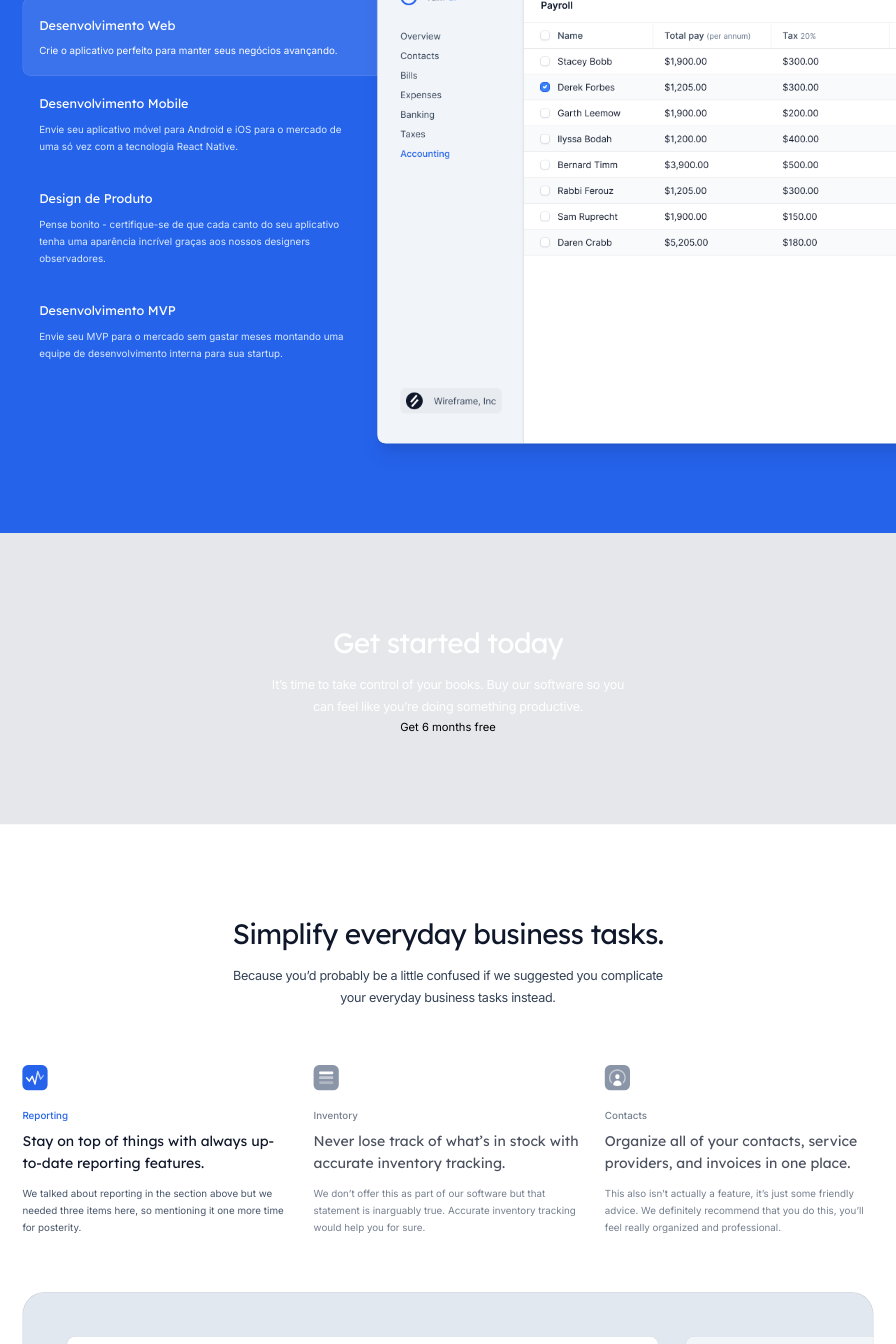
Repository: LuisSempre/imaginative
Page: /
These files come from the project's save history. The page is drawn as it stood at one moment and after the next save; the edit follows.
The browser window is 1280 px wide. The pictures show the part of the page from y = 2302 to 4222 px (the page is 10334 px tall), at 70% of full size.
The project was rebuilt for these pictures with package versions that can differ from the ones it lists, and the page was loaded fresh each time. The framework's server and built-in components were replaced by stand-ins that run in the browser. Also part of the build but not shown: next.config.js.

Above is the page before, as saved 2022-07-15 10:48:51.

### src/pages/index.jsx
import Head from 'next/head'

import { CallToAction } from '@/components/CallToAction'
import { Faqs } from '@/components/Faqs'
import { Footer } from '@/components/Footer'
import { Header } from '@/components/Header'
import { Hero } from '@/components/Hero'
import { Contact } from '@/components/Contact'
import { PrimaryFeatures } from '@/components/PrimaryFeatures'
import { SecondaryFeatures } from '@/components/SecondaryFeatures'
import { Testimonials } from '@/components/Testimonials'
import { Tecnology } from '@/components/Tecnology'

export default function Home() {
  return (
    <>
      <Head>
        <title>TaxPal - Accounting made simple for small businesses</title>
        <meta
          name="description"
          content="Most bookkeeping software is accurate, but hard to use. We make the opposite trade-off, and hope you don’t get audited."
        />
      </Head>
      <Header />
      <main>
        <Hero />
        <PrimaryFeatures />
        <Tecnology />
        <SecondaryFeatures />
        <CallToAction />
        <Testimonials />
        <Contact />
        <Faqs />
      </main>
      <Footer />
    </>
  )
}

### src/components/CallToAction.jsx
import Image from 'next/future/image'

import { Button } from '@/components/Button'
import { Container } from '@/components/Container'
import backgroundImage from '@/images/background-call-to-action.jpg'

export function CallToAction() {
  return (
    <section
      id="get-started-today"
      className="relative overflow-hidden bg-blue-600 py-32"
    >
      <Image
        className="absolute top-1/2 left-1/2 max-w-none -translate-x-1/2 -translate-y-1/2"
        src={backgroundImage}
        alt=""
        width={2347}
        height={1244}
        unoptimized
      />
      <Container className="relative">
        <div className="mx-auto max-w-lg text-center">
          <h2 className="font-display text-3xl tracking-tight text-white sm:text-4xl">
            Get started today
          </h2>
          <p className="mt-4 text-lg tracking-tight text-white">
            It’s time to take control of your books. Buy our software so you can
            feel like you’re doing something productive.
          </p>
          <Button href="/register" color="white" className="mt-10">
            Get 6 months free
          </Button>
        </div>
      </Container>
    </section>
  )
}

### src/components/Faqs.jsx
import Image from 'next/future/image'

import { Container } from '@/components/Container'
import backgroundImage from '@/images/background-faqs.jpg'

const faqs = [
  [
    {
      question: 'Does TaxPal handle VAT?',
      answer:
        'Well no, but if you move your company offshore you can probably ignore it.',
    },
    {
      question: 'Can I pay for my subscription via purchase order?',
      answer: 'Absolutely, we are happy to take your money in all forms.',
    },
    {
      question: 'How do I apply for a job at TaxPal?',
      answer:
        'We only hire our customers, so subscribe for a minimum of 6 months and then let’s talk.',
    },
  ],
  [
    {
      question: 'What was that testimonial about tax fraud all about?',
      answer:
        'TaxPal is just a software application, ultimately your books are your responsibility.',
    },
    {
      question:
        'TaxPal sounds horrible but why do I still feel compelled to purchase?',
      answer:
        'This is the power of excellent visual design. You just can’t resist it, no matter how poorly it actually functions.',
    },
    {
      question:
        'I found other companies called TaxPal, are you sure you can use this name?',
      answer:
        'Honestly not sure at all. We haven’t actually incorporated or anything, we just thought it sounded cool and made this website.',
    },
  ],
  [
    {
      question: 'How do you generate reports?',
      answer:
        'You just tell us what data you need a report for, and we get our kids to create beautiful charts for you using only the finest crayons.',
    },
    {
      question: 'Can we expect more inventory features?',
      answer: 'In life it’s really better to never expect anything at all.',
    },
    {
      question: 'I lost my password, how do I get into my account?',
      answer:
        'Send us an email and we will send you a copy of our latest password spreadsheet so you can find your information.',
    },
  ],
]

export function Faqs() {
  return (
    <section
      id="faq"
      aria-labelledby="faq-title"
      className="relative overflow-hidden bg-slate-50 py-20 sm:py-32"
    >
      <Image
        className="absolute top-0 left-1/2 max-w-none translate-x-[-30%] -translate-y-1/4"
        src={backgroundImage}
        alt=""
        width={1558}
        height={946}
        unoptimized
      />
      <Container className="relative">
        <div className="mx-auto max-w-2xl lg:mx-0">
          <h2
            id="faq-title"
            className="font-display text-3xl tracking-tight text-slate-900 sm:text-4xl"
          >
            Frequently asked questions
          </h2>
          <p className="mt-4 text-lg tracking-tight text-slate-700">
            If you can’t find what you’re looking for, email our support team
            and if you’re lucky someone will get back to you.
          </p>
        </div>
        <ul
          role="list"
          className="mx-auto mt-16 grid max-w-2xl grid-cols-1 gap-8 lg:max-w-none lg:grid-cols-3"
        >
          {faqs.map((column, columnIndex) => (
            <li key={columnIndex}>
              <ul role="list" className="flex flex-col gap-y-8">
                {column.map((faq, faqIndex) => (
                  <li key={faqIndex}>
                    <h3 className="font-display text-lg leading-7 text-slate-900">
                      {faq.question}
                    </h3>
                    <p className="mt-4 text-sm text-slate-700">{faq.answer}</p>
                  </li>
                ))}
              </ul>
            </li>
          ))}
        </ul>
      </Container>
    </section>
  )
}

### src/components/Footer.jsx
import Link from 'next/link'

import { Container } from '@/components/Container'
import { Logo } from '@/components/Logo'
import { NavLink } from '@/components/NavLink'

export function Footer() {
  return (
    <footer className="bg-slate-50">
      <Container>
        <div className="py-16">
          <Logo className="mx-auto h-10 w-auto" />
          <nav className="mt-10 text-sm" aria-label="quick links">
            <div className="-my-1 flex justify-center gap-x-6">
              <NavLink href="#features">Features</NavLink>
              <NavLink href="#testimonials">Testimonials</NavLink>
              <NavLink href="#pricing">Pricing</NavLink>
            </div>
          </nav>
        </div>
        <div className="flex flex-col items-center border-t border-slate-400/10 py-10 sm:flex-row-reverse sm:justify-between">
          <div className="flex gap-x-6">
            <Link
              href="https://twitter.com"
              className="group"
              aria-label="TaxPal on Twitter"
            >
              <svg
                aria-hidden="true"
                className="h-6 w-6 fill-slate-500 group-hover:fill-slate-700"
              >
                <path d="M8.29 20.251c7.547 0 11.675-6.253 11.675-11.675 0-.178 0-.355-.012-.53A8.348 8.348 0 0 0 22 5.92a8.19 8.19 0 0 1-2.357.646 4.118 4.118 0 0 0 1.804-2.27 8.224 8.224 0 0 1-2.605.996 4.107 4.107 0 0 0-6.993 3.743 11.65 11.65 0 0 1-8.457-4.287 4.106 4.106 0 0 0 1.27 5.477A4.073 4.073 0 0 1 2.8 9.713v.052a4.105 4.105 0 0 0 3.292 4.022 4.093 4.093 0 0 1-1.853.07 4.108 4.108 0 0 0 3.834 2.85A8.233 8.233 0 0 1 2 18.407a11.615 11.615 0 0 0 6.29 1.84" />
              </svg>
            </Link>
            <Link
              href="https://github.com"
              className="group"
              aria-label="TaxPal on GitHub"
            >
              <svg
                aria-hidden="true"
                className="h-6 w-6 fill-slate-500 group-hover:fill-slate-700"
              >
                <path d="M12 2C6.477 2 2 6.484 2 12.017c0 4.425 2.865 8.18 6.839 9.504.5.092.682-.217.682-.483 0-.237-.008-.868-.013-1.703-2.782.605-3.369-1.343-3.369-1.343-.454-1.158-1.11-1.466-1.11-1.466-.908-.62.069-.608.069-.608 1.003.07 1.531 1.032 1.531 1.032.892 1.53 2.341 1.088 2.91.832.092-.647.35-1.088.636-1.338-2.22-.253-4.555-1.113-4.555-4.951 0-1.093.39-1.988 1.029-2.688-.103-.253-.446-1.272.098-2.65 0 0 .84-.27 2.75 1.026A9.564 9.564 0 0 1 12 6.844a9.59 9.59 0 0 1 2.504.337c1.909-1.296 2.747-1.027 2.747-1.027.546 1.379.202 2.398.1 2.651.64.7 1.028 1.595 1.028 2.688 0 3.848-2.339 4.695-4.566 4.943.359.309.678.92.678 1.855 0 1.338-.012 2.419-.012 2.747 0 .268.18.58.688.482A10.02 10.02 0 0 0 22 12.017C22 6.484 17.522 2 12 2Z" />
              </svg>
            </Link>
          </div>
          <p className="mt-6 text-sm text-slate-500 sm:mt-0">
            Copyright &copy; {new Date().getFullYear()} TaxPal. All rights
            reserved.
          </p>
        </div>
      </Container>
    </footer>
  )
}

### src/components/Header.jsx
import { Fragment } from 'react'
import Link from 'next/link'
import { Popover, Transition } from '@headlessui/react'
import clsx from 'clsx'
import { Container } from '@/components/Container'
import { Logo } from '@/components/Logo'
import { NavLink } from '@/components/NavLink'

function MobileNavLink({ href, children }) {
  return (
    <Popover.Button as={Link} href={href} className="block w-full p-2">
      {children}
    </Popover.Button>
  )
}

function MobileNavIcon({ open }) {
  return (
    <svg
      aria-hidden="true"
      className="h-3.5 w-3.5 overflow-visible stroke-slate-700"
      fill="none"
      strokeWidth={2}
      strokeLinecap="round"
    >
      <path
        d="M0 1H14M0 7H14M0 13H14"
        className={clsx(
          'origin-center transition',
          open && 'scale-90 opacity-0'
        )}
      />
      <path
        d="M2 2L12 12M12 2L2 12"
        className={clsx(
          'origin-center transition',
          !open && 'scale-90 opacity-0'
        )}
      />
    </svg>
  )
}

function MobileNavigation() {
  return (
    <Popover>
      <Popover.Button
        className="relative z-10 flex h-8 w-8 items-center justify-center [&:not(:focus-visible)]:focus:outline-none"
        aria-label="Toggle Navigation"
      >
        {({ open }) => <MobileNavIcon open={open} />}
      </Popover.Button>
      <Transition.Root>
        <Transition.Child
          as={Fragment}
          enter="duration-150 ease-out"
          enterFrom="opacity-0"
          enterTo="opacity-100"
          leave="duration-150 ease-in"
          leaveFrom="opacity-100"
          leaveTo="opacity-0"
        >
          <Popover.Overlay className="fixed inset-0 bg-slate-300/50" />
        </Transition.Child>
        <Transition.Child
          as={Fragment}
          enter="duration-150 ease-out"
          enterFrom="opacity-0 scale-95"
          enterTo="opacity-100 scale-100"
          leave="duration-100 ease-in"
          leaveFrom="opacity-100 scale-100"
          leaveTo="opacity-0 scale-95"
        >
          <Popover.Panel
            as="div"
            className="absolute inset-x-0 flex flex-col p-4 mt-4 text-lg tracking-tight origin-top bg-white shadow-xl top-full rounded-2xl text-slate-900 ring-1 ring-slate-900/5"
          >
            <MobileNavLink href="#services">Serviços</MobileNavLink>
            <MobileNavLink href="#portifolio">Portfólio</MobileNavLink>
            <MobileNavLink href="#sobre">Sobre</MobileNavLink>
          </Popover.Panel>
        </Transition.Child>
      </Transition.Root>
    </Popover>
  )
}

export function Header() {
  return (
    <header className="py-10">
      <Container>
        <nav className="relative z-50 flex justify-between">
          <div className="flex items-center md:gap-x-12">
            <Link href="#" aria-label="Home">
              <Logo className="w-auto h-10" />
            </Link>
          </div>
          <div className="flex items-center gap-x-5 md:gap-x-8">
            <div className="hidden md:flex">
              <NavLink href="#services">Serviços</NavLink>
              <NavLink href="#portifolio">Portfólio</NavLink>
              <NavLink href="#sobre">Sobre</NavLink>
            </div>
            <div className="-mr-1 md:hidden">
              <MobileNavigation />
            </div>
          </div>
        </nav>
      </Container>
    </header>
  )
}

### src/components/Hero.jsx
import Image from 'next/future/image'

import { Button } from '@/components/Button'
import { Container } from '@/components/Container'
import logoLaravel from '@/images/logos/laravel.svg'
import logoMirage from '@/images/logos/mirage.svg'
import logoStatamic from '@/images/logos/statamic.svg'
import logoStaticKit from '@/images/logos/statickit.svg'
import logoTransistor from '@/images/logos/transistor.svg'
import logoTuple from '@/images/logos/tuple.svg'

export function Hero() {
  return (
    <Container className="pt-20 pb-16 text-center lg:pt-32">
      <h1 className="max-w-4xl mx-auto text-5xl font-medium tracking-tight font-display text-slate-900 sm:text-7xl">
        Construindo{' '}
        <span className="relative text-blue-500 whitespace-nowrap">
          <svg
            aria-hidden="true"
            viewBox="0 0 418 42"
            className="absolute top-2/3 left-0 h-[0.58em] w-full fill-blue-300/70"
            preserveAspectRatio="none"
          >
            <path d="M203.371.916c-26.013-2.078-76.686 1.963-124.73 9.946L67.3 12.749C35.421 18.062 18.2 21.766 6.004 25.934 1.244 27.561.828 27.778.874 28.61c.07 1.214.828 1.121 9.595-1.176 9.072-2.377 17.15-3.92 39.246-7.496C123.565 7.986 157.869 4.492 195.942 5.046c7.461.108 19.25 1.696 19.17 2.582-.107 1.183-7.874 4.31-25.75 10.366-21.992 7.45-35.43 12.534-36.701 13.884-2.173 2.308-.202 4.407 4.442 4.734 2.654.187 3.263.157 15.593-.78 35.401-2.686 57.944-3.488 88.365-3.143 46.327.526 75.721 2.23 130.788 7.584 19.787 1.924 20.814 1.98 24.557 1.332l.066-.011c1.201-.203 1.53-1.825.399-2.335-2.911-1.31-4.893-1.604-22.048-3.261-57.509-5.556-87.871-7.36-132.059-7.842-23.239-.254-33.617-.116-50.627.674-11.629.54-42.371 2.494-46.696 2.967-2.359.259 8.133-3.625 26.504-9.81 23.239-7.825 27.934-10.149 28.304-14.005.417-4.348-3.529-6-16.878-7.066Z" />
          </svg>
          <span className="relative">software inovador</span>
        </span>{' '}
        para você crescer.
      </h1>
      <p className="max-w-2xl mx-auto mt-6 text-xl tracking-tight text-slate-700">
        Desenvolvimento de aplicativos web e mobile
      </p>
      <div className="flex justify-center mt-10 gap-x-6">
        <Button className="px-12 py-4 text-xl" href="#contato">
          Entre em contato
        </Button>
      </div>
      <div className="mt-36 lg:mt-44">
        <p className="text-base font-display text-slate-900">
         Confiado por empresas inovadoras
        </p>
        <ul
          role="list"
          className="flex items-center justify-center mt-8 gap-x-8 sm:flex-col sm:gap-x-0 sm:gap-y-10 xl:flex-row xl:gap-x-12 xl:gap-y-0"
        >
          {[
            [
              { name: 'Transistor', logo: logoTransistor },
              { name: 'Tuple', logo: logoTuple },
              { name: 'StaticKit', logo: logoStaticKit },
            ],
            [
              { name: 'Mirage', logo: logoMirage },
              { name: 'Laravel', logo: logoLaravel },
              { name: 'Statamic', logo: logoStatamic },
            ],
          ].map((group, groupIndex) => (
            <li key={groupIndex}>
              <ul
                role="list"
                className="flex flex-col items-center gap-y-8 sm:flex-row sm:gap-x-12 sm:gap-y-0"
              >
                {group.map((company) => (
                  <li key={company.name} className="flex">
                    <Image src={company.logo} alt={company.name} unoptimized />
                  </li>
                ))}
              </ul>
            </li>
          ))}
        </ul>
      </div>
    </Container>
  )
}

### src/components/Tecnology.jsx
import Image from 'next/future/image'

import { Button } from '@/components/Button'
import { Container } from '@/components/Container'

export function Tecnology() {
  return (
    <section
      id="get-started-today"
      className="relative py-32 overflow-hidden bg-gray-200"
    >
      <Container className="relative">
        <div className="max-w-lg mx-auto text-center">
          <h2 className="text-3xl tracking-tight text-white font-display sm:text-4xl">
            Get started today
          </h2>
          <p className="mt-4 text-lg tracking-tight text-white">
            It’s time to take control of your books. Buy our software so you can
            feel like you’re doing something productive.
          </p>
          <Button href="/register" color="white" className="mt-10">
            Get 6 months free
          </Button>
        </div>
      </Container>
    </section>
  )
}

### src/components/Button.jsx
import Link from 'next/link'
import clsx from 'clsx'

const baseStyles = {
  solid:
    'group inline-flex items-center justify-center rounded-full py-2 px-4 text-sm font-semibold focus:outline-none focus-visible:outline-2 focus-visible:outline-offset-2',
  outline:
    'group inline-flex ring-1 items-center justify-center rounded-full py-2 px-4 text-sm focus:outline-none',
}

const variantStyles = {
  solid: {
    slate:
      'bg-slate-900 text-white hover:bg-slate-700 hover:text-slate-100 active:bg-slate-800 active:text-slate-300 focus-visible:outline-slate-900',
    blue: 'bg-blue-600 text-white hover:text-slate-100 hover:bg-blue-500 active:bg-blue-800 active:text-blue-100 focus-visible:outline-blue-600',
    white:
      'bg-white text-slate-900 hover:bg-blue-50 active:bg-blue-200 active:text-slate-600 focus-visible:outline-white',
  },
  outline: {
    slate:
      'ring-slate-200 text-slate-700 hover:text-slate-900 hover:ring-slate-300 active:bg-slate-100 active:text-slate-600 focus-visible:outline-blue-600 focus-visible:ring-slate-300',
    white:
      'ring-slate-700 text-white hover:ring-slate-500 active:ring-slate-700 active:text-slate-400 focus-visible:outline-white',
  },
}

export function Button({
  variant = 'solid',
  color = 'slate',
  className,
  href,
  ...props
}) {
  className = clsx(
    baseStyles[variant],
    variantStyles[variant][color],
    className
  )

  return href ? (
    <Link href={href} className={className} {...props} />
  ) : (
    <button className={className} {...props} />
  )
}

### src/components/Logo.jsx
import Image from 'next/image'
import logo from '../images/logos/logo.png'
export function Logo(props) {
  return <Image src={logo}  width={200}  height={32} alt="Picture of the author" />
}

Loaded but not shown: src/pages/_app.jsx (common file); src/pages/_document.jsx (common file); src/styles/tailwind.css (common file); src/components/Container.jsx (common file); src/components/NavLink.jsx (common file); tailwind.config.js (common file); src/components/Contact.jsx (187 lines, source omitted); src/components/SecondaryFeatures.jsx (231 lines, source omitted); src/components/Testimonials.jsx (144 lines, source omitted); src/components/PrimaryFeatures.jsx (157 lines, source omitted)

After the next save:
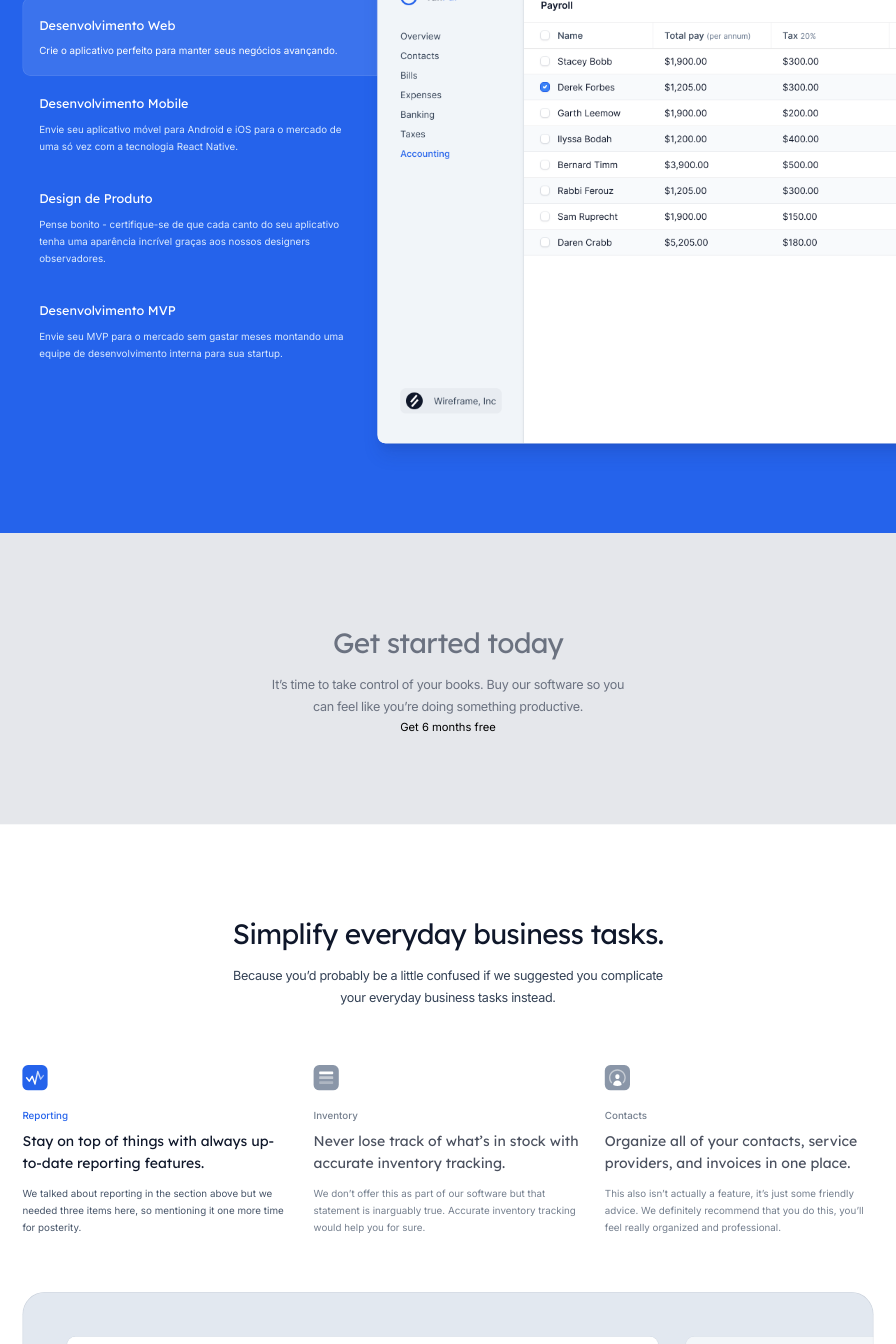
Saved 23 s later.
--- a/src/components/Tecnology.jsx
+++ b/src/components/Tecnology.jsx
@@ -11,14 +11,14 @@
     >
       <Container className="relative">
         <div className="max-w-lg mx-auto text-center">
-          <h2 className="text-3xl tracking-tight text-white font-display sm:text-4xl">
+          <h2 className="text-3xl tracking-tight text-gray-500 font-display sm:text-4xl">
             Get started today
           </h2>
-          <p className="mt-4 text-lg tracking-tight text-white">
+          <p className="mt-4 text-lg tracking-tight text-gray-500">
             It’s time to take control of your books. Buy our software so you can
             feel like you’re doing something productive.
           </p>
-          <Button href="/register" color="white" className="mt-10">
+          <Button href="/register" color="gray-500" className="mt-10">
             Get 6 months free
           </Button>
         </div>
